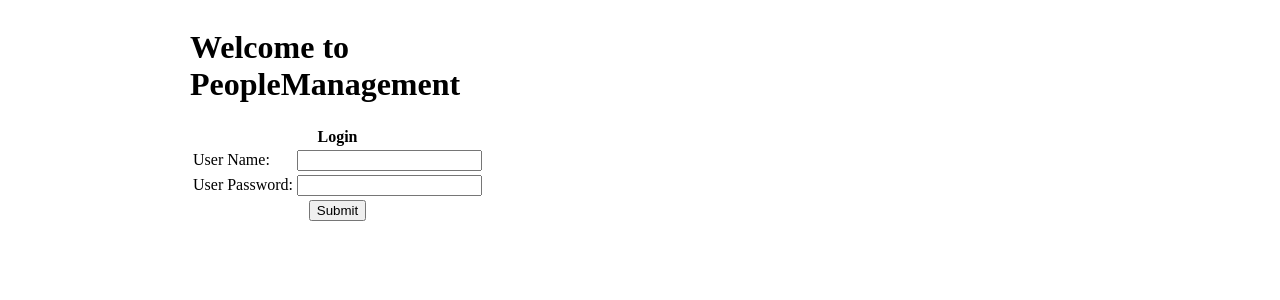
Repository: tarik788/prac
Page: http://localhost/PeopleManagement/Welcome.jsp
An editor plug-in stored every save of this project. The page is shown before and after the next save, followed by the edit.
The browser window is 1280 px wide. The pictures show the whole page.
The page is served by Tomcat 9.

Above is the page before, as saved 2014-05-31 13:13:01.

After the next save:
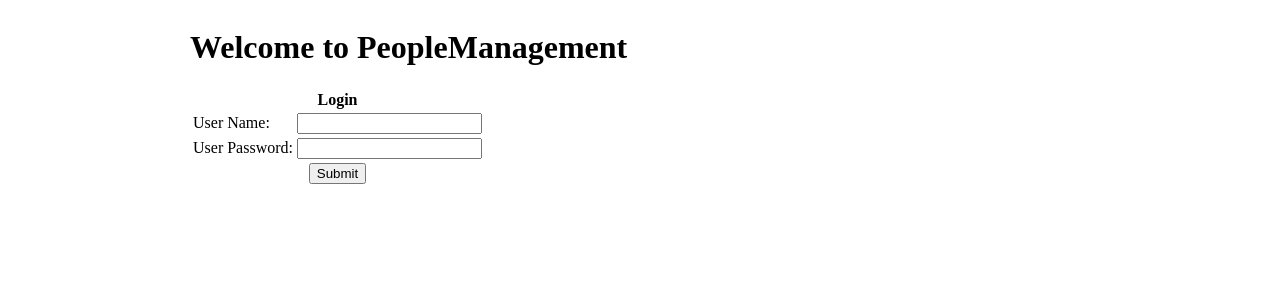
Saved 29 s later.
--- a/Java/AdvJava/Project/PeopleManagement/WebContent/Welcome.jsp
+++ b/Java/AdvJava/Project/PeopleManagement/WebContent/Welcome.jsp
@@ -23,9 +23,6 @@
 	align-content:center;
 }
 
-#content div{
-width:400px;
-}
 </style>
 </head>
 <body>
